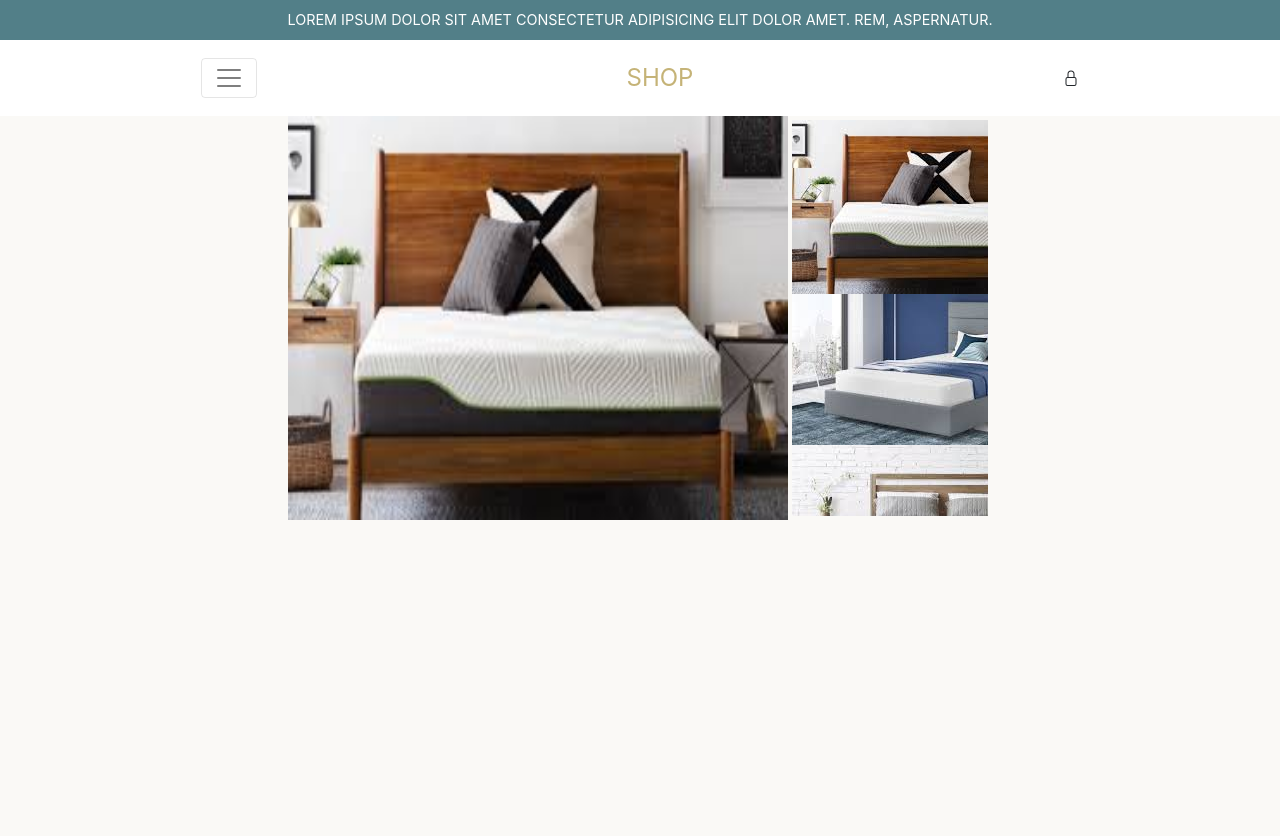
Repository: DaNiels89/frontendassignmentbogbootcamp
Page: index.html
These files come from the project's save history. The page is drawn as it stood at one moment and after the next save; the edit follows.
The browser window is 1280 px wide. The pictures show the whole page.

Above is the page before, as saved 2020-03-19 21:17:48.

### index.html
<!DOCTYPE html>
<html lang="en">
  <head>
    <meta charset="UTF-8" />
    <meta name="viewport" content="width=device-width, initial-scale=1.0" />
    <title>Front end Assignment - Carousel</title>
    <link
      rel="stylesheet"
      href="https://stackpath.bootstrapcdn.com/bootstrap/4.3.1/css/bootstrap.min.css"
      integrity="sha384-ggOyR0iXCbMQv3Xipma34MD+dH/1fQ784/j6cY/iJTQUOhcWr7x9JvoRxT2MZw1T"
      crossorigin="anonymous"
    />
    <link rel="stylesheet" href="css/styles.css" />
  </head>
  <body>
    <div class="promotion-bar">
      LOREM IPSUM DOLOR SIT AMET CONSECTETUR ADIPISICING ELIT DOLOR AMET. REM,
      ASPERNATUR.
    </div>

    <div class="pos-f-t">
      <div class="collapse" id="navbarToggleExternalContent">
        <div class="bg-dark p-4">
          <h4 class="text-white">Collapsed content</h4>
          <span class="text-muted">Toggleable via the navbar brand.</span>
        </div>
      </div>
      <nav class="navbar navbar-light bg-white">
        <button
          class="navbar-toggler"
          type="button"
          data-toggle="collapse"
          data-target="#navbarToggleExternalContent"
          aria-controls="navbarToggleExternalContent"
          aria-expanded="false"
          aria-label="Toggle navigation"
        >
          <span class="navbar-toggler-icon"></span>
        </button>

        <div class="navbar-div">SHOP</div>

        <svg
          class="bi bi-lock"
          width="1em"
          height="1em"
          viewBox="0 0 16 16"
          fill="currentColor"
          xmlns="http://www.w3.org/2000/svg"
        >
          <path
            fill-rule="evenodd"
            d="M11.5 8h-7a1 1 0 00-1 1v5a1 1 0 001 1h7a1 1 0 001-1V9a1 1 0 00-1-1zm-7-1a2 2 0 00-2 2v5a2 2 0 002 2h7a2 2 0 002-2V9a2 2 0 00-2-2h-7zm0-3a3.5 3.5 0 117 0v3h-1V4a2.5 2.5 0 00-5 0v3h-1V4z"
            clip-rule="evenodd"
          />
        </svg>
      </nav>
    </div>

    <!-- Carousel for small screens -->
    <div class="carousel-small-outer-div">
      <div class="carousel-small-inner-div">
        <img class="get-small-image" src="img/bed1.jpeg" alt="" />
        <div class="right-small-carousel">
          <div class="child-right-small-carousel">
            <img
              class="get-image-right-small-carousel-right-carousel"
              src="img/bed1.jpeg"
              alt=""
            />
            <img class="get-image-right-carousel" src="img/bed2.jpeg" alt="" />
            <img class="get-image-right-carousel" src="img/bed3.jpeg" alt="" />
            <img class="get-image-right-carousel" src="img/bed4.jpeg" alt="" />
            <img class="get-image-right-carousel" src="img/bed5.jpeg" alt="" />
            <img class="get-image-right-carousel" src="img/bed6.jpeg" alt="" />
            <img class="get-image-right-carousel" src="img/bed7.jpeg" alt="" />
            <img class="get-image-right-carousel" src="img/bed8.jpeg" alt="" />
            <img class="get-image-right-carousel" src="img/bed9.jpeg" alt="" />
            <img class="get-image-right-carousel" src="img/bed10.jpeg" alt="" />
          </div>
        </div>
      </div>
    </div>

    <!-- Carousel for large screens -->
    <div class="carousel-outer-div">
      <div class="carousel-inner-div">
        <img class="get-image" src="img/bed1.jpeg" alt="" />
        <div class="right-carousel">
          <div class="child-right-carousel">
            <img
              class="get-image-right-carousel-right-carousel"
              src="img/bed1.jpeg"
              alt=""
            />
            <img class="get-image-right-carousel" src="img/bed2.jpeg" alt="" />
            <img class="get-image-right-carousel" src="img/bed3.jpeg" alt="" />
            <img class="get-image-right-carousel" src="img/bed4.jpeg" alt="" />
            <img class="get-image-right-carousel" src="img/bed5.jpeg" alt="" />
            <img class="get-image-right-carousel" src="img/bed6.jpeg" alt="" />
            <img class="get-image-right-carousel" src="img/bed7.jpeg" alt="" />
            <img class="get-image-right-carousel" src="img/bed8.jpeg" alt="" />
            <img class="get-image-right-carousel" src="img/bed9.jpeg" alt="" />
            <img class="get-image-right-carousel" src="img/bed10.jpeg" alt="" />
          </div>
        </div>
      </div>
    </div>
  </body>
</html>

### css/styles.css
* {
  box-sizing: border-box;
  margin: 0;
  padding: 0;
}

/* Promotion bar */
.promotion-bar {
  background-color: rgb(82, 127, 136);
  color: white;
  font-size: 0.9rem;
  text-align: center;
  width: 100%;
  height: auto;
  padding: 9px;
}

/* Navigation bar */
.navbar {
  width: 100%;
  display: flex;
  justify-content: space-around;
  margin: 10px 0;
}

.navbar-div {
  color: rgb(197, 179, 119);
  font-size: 1.5rem;
  text-align: center;
  align-items: center;
}

/* Carousel div */
.carousel-outer-div {
  background-color: rgb(250, 249, 246);
  height: 100vh;
  width: auto;
}

.carousel-inner-div {
  display: flex;
  justify-content: center;
}

.get-image {
  width: 500px;
  height: auto;
}

.right-carousel {
  width: 200px;
  height: 400px;
  margin: 2px;
  padding: 2px;
  overflow: hidden;
}

.child-right-carousel {
  width: 100%;
  height: 100%;
  overflow: scroll;
}

/* Extra small devices (phones, 600px and down) */
@media only screen and (max-width: 600px) {
  .carousel-outer-div {
    display: none;
  }
}

/* Small devices (portrait tablets and large phones, 600px and up) */
@media only screen and (min-width: 600px) {
  .carousel-small-outer-div {
    display: none;
  }
}

After the next save:
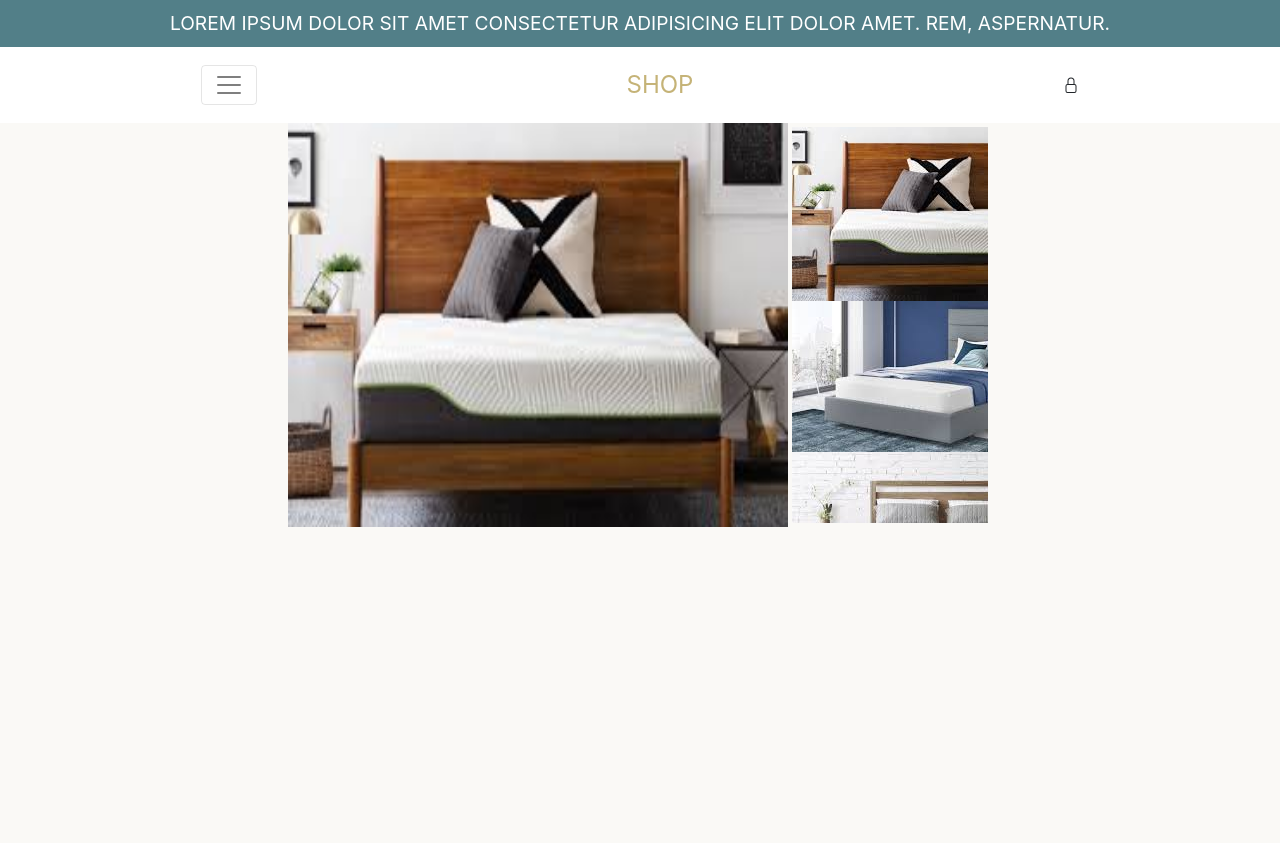
Saved 28 s later.
--- a/css/styles.css
+++ b/css/styles.css
@@ -8,7 +8,7 @@
 .promotion-bar {
   background-color: rgb(82, 127, 136);
   color: white;
-  font-size: 0.9rem;
+  font-size: 1.2rem;
   text-align: center;
   width: 100%;
   height: auto;
